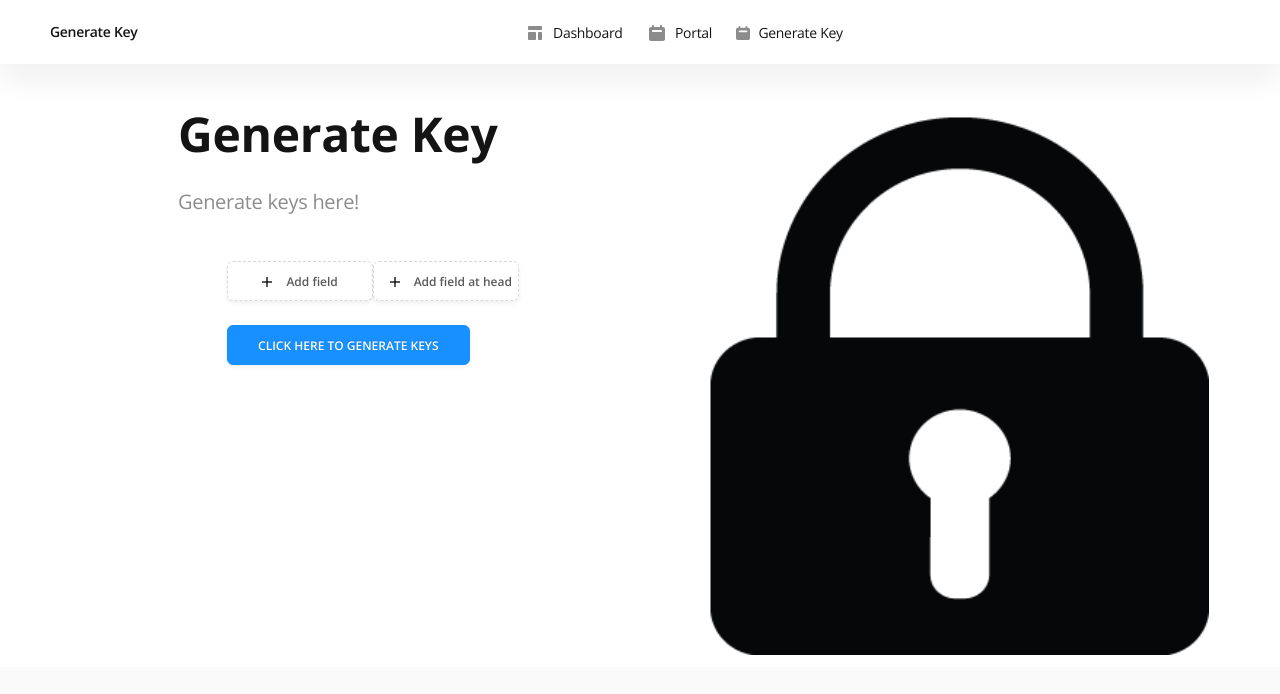
Repository: ahabalikhan/api-analytics-app-fe
Page: /sign-in
The author's editor kept a copy of each file at every save. The page is drawn from the files as they stood at one save, then again after the next save.
The browser window is 1280 px wide. The pictures show the whole page.
The project was rebuilt for these pictures with package versions that can differ from the ones it lists, and the page was loaded fresh each time. Also part of the build but not shown: src/components/chart/configs/eChart.js, src/components/chart/EChart.js, src/components/chart/configs/lineChart.js, src/components/chart/LineChart.js, src/pages/Home.js, src/pages/Profile.js, src/components/layout/Sidenav.js, src/components/layout/Footer.js and 2 more. Imported but missing from the stored project, and not drawn on this page: src/pages/Billing, src/pages/Rtl, src/pages/Tables.

Above is the page before, as saved 2022-07-16 23:18:56.

### src/components/NodesForm.js
import { MinusCircleOutlined, PlusOutlined } from '@ant-design/icons';
import { Button, Form, Input } from 'antd';
import React from 'react';
const formItemLayout = {
    labelCol: {
        xs: {
            span: 24,
        },
        sm: {
            span: 4,
        },
    },
    wrapperCol: {
        xs: {
            span: 24,
        },
        sm: {
            span: 20,
        },
    },
};
const formItemLayoutWithOutLabel = {
    wrapperCol: {
        xs: {
            span: 24,
            offset: 0,
        },
        sm: {
            span: 20,
            offset: 4,
        },
    },
};

const NodesForm = () => {
    const onFinish = (values) => {
        console.log('Received values of form:', values);
    };

    return (
        <Form name="dynamic_form_item" {...formItemLayoutWithOutLabel} onFinish={onFinish}>
            <Form.List
                name="names"
                rules={[
                    {
                        validator: async (_, names) => {
                            if (!names || names.length < 2) {
                                return Promise.reject(new Error('At least 2 nodes'));
                            }
                        },
                    },
                ]}
            >
                {(fields, { add, remove }, { errors }) => (
                    <>
                        {fields.map((field, index) => (
                            <Form.Item
                                {...(index === 0 ? formItemLayout : formItemLayoutWithOutLabel)}
                                label={index === 0 ? 'Nodes' : ''}
                                required={false}
                                key={field.key}
                            >
                                <Form.Item
                                    {...field}
                                    validateTrigger={['onChange', 'onBlur']}
                                    rules={[
                                        {
                                            required: true,
                                            whitespace: true,
                                            message: "Please input node's name or delete this field.",
                                        },
                                    ]}
                                    noStyle
                                >
                                    <Input
                                        placeholder="Node name"
                                        style={{
                                            width: '60%',
                                        }}
                                    />
                                </Form.Item>
                                {fields.length > 1 ? (
                                    <MinusCircleOutlined
                                        className="dynamic-delete-button"
                                        onClick={() => remove(field.name)}
                                    />
                                ) : null}
                            </Form.Item>
                        ))}
                        <Form.Item>
                            <Button
                                type="dashed"
                                onClick={() => add()}
                                style={{
                                    width: '60%',
                                }}
                                icon={<PlusOutlined />}
                            >
                                Add field
                            </Button>
                            <Button
                                type="dashed"
                                onClick={() => {
                                    add('The head item', 0);
                                }}
                                style={{
                                    width: '60%',
                                    marginTop: '20px',
                                }}
                                icon={<PlusOutlined />}
                            >
                                Add field at head
                            </Button>
                            <Form.ErrorList errors={errors} />
                        </Form.Item>
                    </>
                )}
            </Form.List>
            <Form.Item>
                <Button
                    type="primary"
                    htmlType="submit"
                    style={{ width: "100%" }}
                >
                    CLICK HERE TO GENERATE KEYS
                </Button>
            </Form.Item>
        </Form>
    );
};

export default NodesForm;

Loaded but not shown: public/index.html (common file); src/index.js (common file); src/components/layout/Header.js (337 lines, source omitted); src/pages/SignIn.js (205 lines, source omitted); src/pages/Portal.js (171 lines, source omitted); src/App.js (33 lines, source omitted); src/assets/styles/main.css (3043 lines, source omitted)

After the next save:
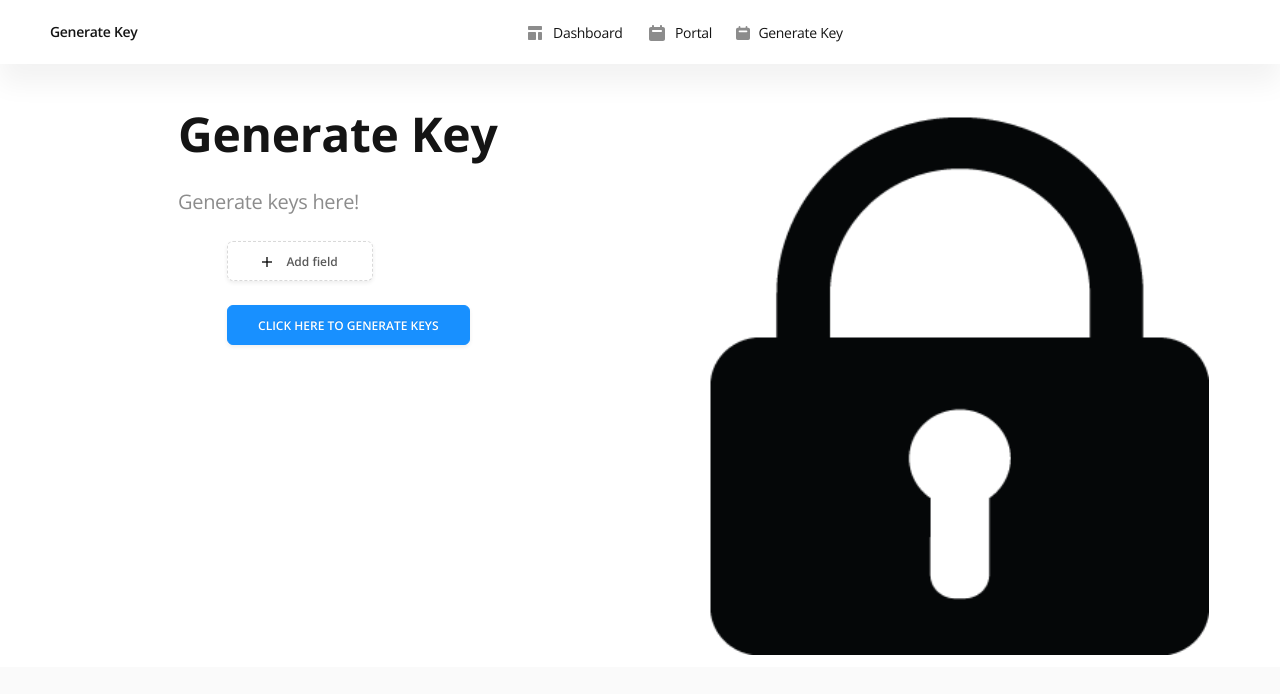
Saved 13 s later.
--- a/src/components/NodesForm.js
+++ b/src/components/NodesForm.js
@@ -98,19 +98,6 @@ const NodesForm = () => {
                             >
                                 Add field
                             </Button>
-                            <Button
-                                type="dashed"
-                                onClick={() => {
-                                    add('The head item', 0);
-                                }}
-                                style={{
-                                    width: '60%',
-                                    marginTop: '20px',
-                                }}
-                                icon={<PlusOutlined />}
-                            >
-                                Add field at head
-                            </Button>
                             <Form.ErrorList errors={errors} />
                         </Form.Item>
                     </>
